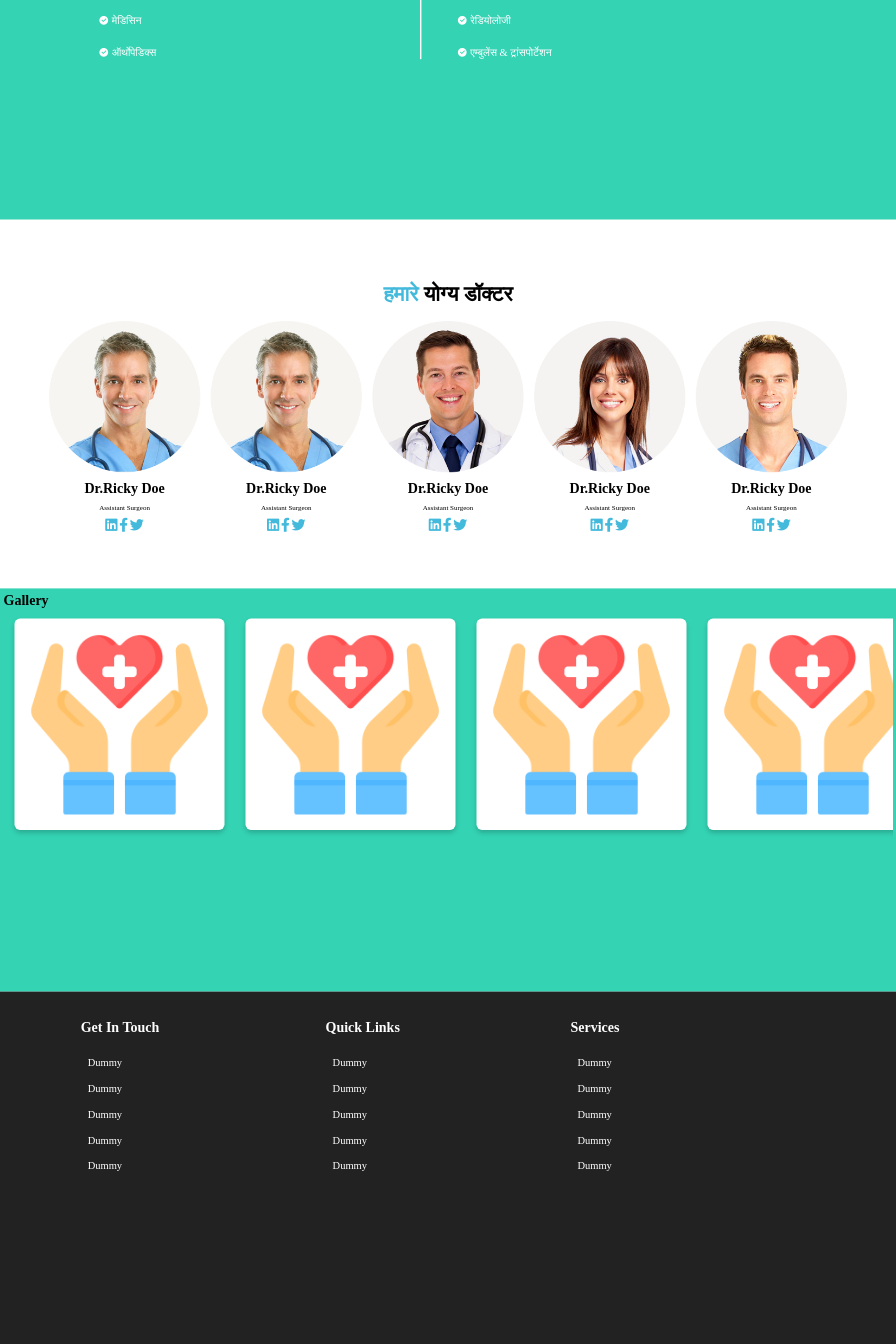
Repository: Aayush919/test
Page: index.html
An editor plug-in stored every save of this project. The page is shown before and after the next save, followed by the edit.
The browser window is 1280 px wide. The pictures show the part of the page from y = 2682 to 4602 px (the page is 4602 px tall before and 4098 px after), at 70% of full size.
Some web libraries are served in a nearby version.

Above is the page before, as saved 2023-10-15 13:03:18.
Console error: TypeError: Cannot read properties of null (reading 'addEventListener')

### index.html
<!DOCTYPE html>
<html lang="en">
<head>
    <meta charset="UTF-8">
    <meta http-equiv="X-UA-Compatible" content="IE=edge">
    <meta name="viewport" content="width=device-width, initial-scale=1.0">
    <link href="https://cdn.jsdelivr.net/npm/remixicon@3.5.0/fonts/remixicon.css" rel="stylesheet">
    <link rel="stylesheet" href="fontawesome-free-5.15.3-web/css/all.min.css">
    <link rel="stylesheet" href="style.css">
</head>
<body>
    <header class="header">
        <a href="#" id="logo"><span>माँ </span> हॉस्पिटल <span id="guna">गुना</span></a>

        <nav class="navbar">
        <a href="#">होम</a>
        <a href="#">अबाउट</a>
        <a href="#">गैलरी</a>
        <a href="#">ब्लॉग</a>
        <a href="#">संपर्क</a>

        </nav>

    <div class="icons">
        <i class="ri-linkedin-fill"></i>
        <i class="ri-whatsapp-fill"> </i>

    </div>

<a href="#" id="menu_bars" class="fas fa-bars"></a>
    </header>

   <div class="container">
       <div class="main-text">
           <h2> हमारे पास आपके लिए सर्वोत्तम चिकित्सा योजना विकल्प हैं !</h2>
           <button>संपर्क</button>
       </div>
   </div>
<!-- services we provide -->
<div class="service-section">
    <h2 id="ourservices">हमारी सर्विसेज</h2>
    <div class="inner-service-section">
        <div class="service-box">
            <img src="./images/opd.png" alt="">
        <h2 >मल्टी-स्पेशिलिटी OPD सर्विसेज</h2>
        <p><span>"माँ हॉस्पिटल गुना</span>, आपके लिए मल्टी-स्पेशियलिस्ट आउटपेशेंट डिपार्टमेंट (OPD) सेवा प्रदान करता है, जहाँ रोगियों को विभिन्न चिकित्सा क्षेत्रों के विशेषज्ञों का साथ एक ही छत के नीचे प्राप्त होता है।"</p>
        </div>
        <div class="service-box">
             <img src="./images/em.png" alt="">
        <h2>24*7 इमरजेंसी सर्विसेज</h2>

        <p>
            <span>"माँ हॉस्पिटल गुना</span>, 24*7 ( इमरजेंसी सर्विसेज ) आपातकालीन सेवाएँ प्रदान करते हैं, यानि हमेशा आपके स्वास्थ्य की देखभाल के लिए तैयार खड़े हैं, चाहे रात या दिन
            के किस भी समय हो।"
     </p>
        </div>
        <div class="service-box">
            <img src="./images/icu.png" alt="">
        <h2>ICU/क्रिटिकल केयर</h2>
        <p><span>"माँ हॉस्पिटल गुना</span>, में ICU और गंभीर देखभाल विभाग उन रोगियों के लिए है जो जीवन संकट की स्थिति में हैं। हम उनके लिए उनकी स्वास्थ्य स्थिति की सख्त निगरानी और उच्च गुणवत्ता वाला उपचार प्रदान करने के लिए समर्पित हैं।"
        </p>
        </div>

        <div class="service-box">
            <img src="./images/nicu.png" alt="">
        <h2>NICU/निओनेटल ईंटेंसीव केयर यूनिट</h2>
        <p><span>"माँ हॉस्पिटल गुना</span>,में NICU एक अलग शिशु चिकित्सा इकाई है, जिसमें अलग से जन्म वाले और बाहर से आए शिशुओं के लिए विशेष सेवाएँ उपलब्ध हैं। हम शिशुओं की स्वास्थ्य स्थिति की देखभाल करने और उनके जीवन को बचाने के लिए सशक्त प्रतिबद्ध हैं।"</p>
        </div>
    </div>


    <div class="inner-service-section">
        <div class="service-box">
            <img src="./images/pharmacy.png" alt="">
        <h2>24*7 फार्मेसी </h2>
        <p>"हम 24*7 फार्मेसी सेवा प्रदान करते हैं, ताकि आपको दवाओं और आवश्यक स्वास्थ्य सामग्री की आवश्यकता होने पर भी दिन रात किसी भी समय मिल सके।"
        </p>
        </div>
        <div class="service-box">
          <img src="./images/pathology.png" alt="">
        <h2>पैथोलॉजी</h2>
        <p>"हमारा पैथोलॉजी लैब उच्च गुणवत्ता वाली पथोलॉजी सेवाएँ प्रदान करता है और रोगीयों के निदान और चिकित्सा की सही दिशा में मदद करता है।"</p>
        </div>
        <div class="service-box">
          <img src="./images/ambulance.png" alt="">
        <h2>24*7 एम्बुलेंस</h2>
        <p>"हम एम्बुलेंस सेवा और यातायात की सुविधा प्रदान करते हैं, ताकि आपके स्वास्थ्य आवश्यकता के समय हमारे द्वारा आपको त्वरित और सुरक्षित रूप से पहुंचाया जा सके।"</p>
        </div>

        <div class="service-box">
       <img src="/images/cardiac.png" alt="">
        <h2>कार्डियक केयर</h2>
        <p>"हमारा कार्डियक केयर विभाग हृदय रोगों के निदान, उपचार, और देखभाल में विशेषज्ञता और उच्च गुणवत्ता की गारंटी है। हम रोगियों के स्वास्थ्य की निगरानी रखते हैं और उन्हें स्वस्थ जीवनशैली के लिए मार्गदर्शन प्रदान करते हैं। हम एक सुरक्षित और आदर्श दौरा प्रदान करके हृदय स्वास्थ्य की देखभाल करते हैं।"</p>
        </div>
    </div>
</div>





<div class="work-section">
    <div class="inner-work-section">
        <h2><span>माँ हॉस्पिटल</span>, द्वारा चलाये जाने वाले केम्प की अपडेटेड जानकारी यहा उपलब्ध है।
        </h2>
        <img src="./images/gallery 1.png" alt="">
        </div>
</div>


<!-- our depart-->
<div class="depart">
    <h1>माँ हॉस्पिटल डिपार्टमेंट्स/Departments</h1>
    <div id="keyservice">
        <div id="bx1">
            <h3><span><i class="ri-checkbox-circle-fill"></i></span><a href="#pg1">पीडियाट्रिक्स</a></h3>
            <h3><span><i class="ri-checkbox-circle-fill"></i></span><a href="#pg2">ICU/क्रिटिकल केयर</a></h3>
            <h3><span><i class="ri-checkbox-circle-fill"></i></span><a href="#pg4">NICU/निओनेटल ईंटेंसीव केयर यूनिट</a></h3>
            <h3><span><i class="ri-checkbox-circle-fill"></i></span><a href="#pg5">ट्रामा केयर </a></h3>
            <h3><span><i class="ri-checkbox-circle-fill"></i></span><a href="#pg6">कार्डियक केयर</a></h3>
            <h3><span><i class="ri-checkbox-circle-fill"></i></span><a href="#pg9">मेडिसिन</a></h3>
            <h3><span><i class="ri-checkbox-circle-fill"></i></span><a href="#pg3">ऑर्थोपेडिक्स</a></h3>

        </div>
        <div id="bx2">
            <h3><span><i class="ri-checkbox-circle-fill"></i></span><a href="#pg8">पैथोलॉजी
            </a></h3>
            <h3><span><i class="ri-checkbox-circle-fill"></i></span><a href="#pg7">फार्मेसी</a></h3>
            <h3><span><i class="ri-checkbox-circle-fill"></i></span><a href="#pg10">सोनोग्राफी</a></h3>
            <h3><span><i class="ri-checkbox-circle-fill"></i></span><a href="#pg11">डायटीशियन</a></h3>
            <h3><span><i class="ri-checkbox-circle-fill"></i></span><a href="#pg12">फिजियोथेरेपी
            </a></h3>
            <h3><span><i class="ri-checkbox-circle-fill"></i></span><a href="#pg13">रेडियोलोजी</a></h3>
            <h3><span><i class="ri-checkbox-circle-fill"></i></span><a href="#pg14">एम्बुलेंस &  ट्रांसपोर्टेशन </a></h3>

        </div>
    </div>
</div>
<!-- our depart ended -->

<!-- our docotor seaction -->
<div class="ourteam-section">
    <h2><span>हमारे </span>योग्य डॉक्टर</h2>
    <div class="ourteam-inner">
        <div class="section-box">
            <img src="images/ourteam1.png" alt="">
            <h3>Dr.Ricky Doe</h3>
            <p>assistant surgeon</p>
            <div class="team-social-links">
                <i class="fab fa-linkedin"></i>
                <i class="fab fa-facebook-f"></i>
                <i class="fab fa-twitter"></i>
            </div>
        </div>
        <div class="section-box">
            <img src="images/ourteam1.png" alt="">
            <h3>Dr.Ricky Doe</h3>
            <p>assistant surgeon</p>
            <div class="team-social-links">
                <i class="fab fa-linkedin"></i>
                <i class="fab fa-facebook-f"></i>
                <i class="fab fa-twitter"></i>
            </div>
        </div>
        <div class="section-box">
            <img src="images/ourteam2.png" alt="">
            <h3>Dr.Ricky Doe</h3>
            <p>assistant surgeon</p>
            <div class="team-social-links">
                <i class="fab fa-linkedin"></i>
                <i class="fab fa-facebook-f"></i>
                <i class="fab fa-twitter"></i>
            </div>
        </div>
        <div class="section-box">
            <img src="images/ourteam3.png" alt="">
            <h3>Dr.Ricky Doe</h3>
            <p>assistant surgeon</p>
            <div class="team-social-links">
                <i class="fab fa-linkedin"></i>
                <i class="fab fa-facebook-f"></i>
                <i class="fab fa-twitter"></i>
            </div>
        </div>
        <div class="section-box">
            <img src="images/ourteam4.png" alt="">
            <h3>Dr.Ricky Doe</h3>
            <p>assistant surgeon</p>
            <div class="team-social-links">
                <i class="fab fa-linkedin"></i>
                <i class="fab fa-facebook-f"></i>
                <i class="fab fa-twitter"></i>
            </div>
        </div>

    </div>

</div>
<!-- our doctor seaction end -->

<!-- gallery sections  -->
<div class="gallery">
    <h1>gallery</h1>
    <section class="section-container">
        <div class="product-list-container">
          <div class="product-list" id="productList">
            <!-- Product 1 -->
            <div class="product-card">
              <img src="./images/cardiac.png" alt="">
            </div>
            <div class="product-card">
                <img src="./images/cardiac.png" alt="">
              </div>
              <div class="product-card">
                <img src="./images/cardiac.png" alt="">
              </div>
              <div class="product-card">
                <img src="./images/cardiac.png" alt="">
              </div>
              <div class="product-card">
                <img src="./images/cardiac.png" alt="">
              </div>
              <div class="product-card">
                <img src="./images/cardiac.png" alt="">
              </div>
              <div class="product-card">
                <img src="./images/cardiac.png" alt="">
              </div>
              <div class="product-card">
                <img src="./images/cardiac.png" alt="">
              </div>



          </div>
        </div>



    </div>
    </div>
      </section>
</div>
  <!-- gallery section end-->
<!-- creating footer -->

<div class="main-footer">
    <div class="inner-footer">
        <h2>get in touch</h2>
        <a href="#">dummy</a>
        <a href="#">dummy</a>
        <a href="#">dummy</a>
        <a href="#">dummy</a>
        <a href="#">dummy</a>
    </div>

    <div class="inner-footer">
        <h2>quick links</h2>
        <a href="#">dummy</a>
        <a href="#">dummy</a>
        <a href="#">dummy</a>
        <a href="#">dummy</a>
        <a href="#">dummy</a>
    </div>

    <div class="inner-footer">
        <h2>services</h2>
        <a href="#">dummy</a>
        <a href="#">dummy</a>
        <a href="#">dummy</a>
        <a href="#">dummy</a>
        <a href="#">dummy</a>
    </div>
</div>

<script src="https://cdnjs.cloudflare.com/ajax/libs/gsap/3.12.1/gsap.min.js"integrity="sha512-qF6akR/fsZAB4Co1QDDnUXWnaQseLGXoniuSuSlPQK6+aWhlMZcHzkasCSlnWoe+TJuudlka1/IQ01Dnhgq95g=="crossorigin="anonymous" referrerpolicy="no-referrer"></script>
<script src="https://cdnjs.cloudflare.com/ajax/libs/gsap/3.12.2/ScrollTrigger.min.js"integrity="sha512-Ic9xkERjyZ1xgJ5svx3y0u3xrvfT/uPkV99LBwe68xjy/mGtO+4eURHZBW2xW4SZbFrF1Tf090XqB+EVgXnVjw=="crossorigin="anonymous" referrerpolicy="no-referrer"></script>
    <script src="script.js"></script>
</body>
</html>




<!-- <div class="gel">

    <div class="galleryheading">
        <h2>हमारी <span> गैलरी</span></h2>
    </div>
    <div class="gallery">
        <img src="./images/gallery 1.png" alt="">
        <img src="./images/gallery 1.png"  alt="">
        <img src="./images/gallery3.png" alt="">
        <img src="./images/gallery 4.png" alt="">
        <img src="./images/gallery5.png" alt="">
        <img src="./images/gallery6.png" alt="">
        <img src="/images/gallery6.png" alt="">
        <img src="/images/gallery6.png" alt="">
        <img src="/images/gallery6.png" alt="">
    </div>

</div> -->

### style.css
@import url('https://fonts.googleapis.com/css2?family=Roboto:wght@100;300;400;500;700&display=swap');
:root{
    --fontcolor:#43b9dc;
    --backgroundcolor:#34d3b4;
}
*{
    margin: 0;
    padding: 0;
    font-family:gilroy;
    box-sizing: border-box;
    transition: all .2s linear;
    text-transform: capitalize;
    text-decoration: none;
}
html{
    font-size: 62.5%;
    overflow-x: hidden;
    scroll-behavior: smooth;
}
header{
    position: fixed;
    top: 0;
    left: 0;
    right: 0;
    padding: 2rem 7%;
    display: flex;
    justify-content: space-between;
    align-items: center;
    background:white;
    box-shadow: 0 1rem 1rem rgb(0, 0, 0, .1);
    z-index: 10000000;
}
#guna{
    font-size: 15px;

}
header #logo{
    font-size: 3rem;
    color: black;
}
header #logo span{
    color: var(--fontcolor);
}
header .navbar a{
    font-weight: 600;

    font-size: 1.8rem;
    color: var(--fontcolor);
    margin-left: 1.5rem;
}
.icons i{
font-size: 2rem;
color: var(--fontcolor);
margin-left: 1rem;
}
header #menu_bars{
    font-size: 2rem;
    color: var(--fontcolor);
    display: none;
}
header .navbar.active{
    left: 0;
    transition: .5s;
}
.main-image{

    background-repeat: no-repeat;
    background-size: cover;
    background-position: center;
    width: 100%;
    margin-top: 75px;
    height: 100vh;
}
.container{
    background: url("./images/headerimage.jpg");
    width: 100%;
    padding-top: 8.5rem;
    background-position: center;
    background-size: cover;
    background-repeat: no-repeat;
    height: 100vh;
}
.container .main-text{
    width: 50%;
    position: absolute;
    top: 200px;
    padding: 0 2rem;
    text-align: center;
}
.container .main-text h2{
    font-size: 40px;
    color: #fff;
    padding-bottom: 1.5rem;
}
.container .main-text button{
    padding: 1.5rem 3.5rem;
    background: #3FC1D1;
    color: white;
    border: none;
    border-radius:1px;

    font-weight: 700;
}
.service-section{
    padding: 2rem 7%;
    background: linear-gradient(#43b9dc, #34d3b4);
    min-height: 50vh;
}
#ourservices{
    color: #111;
    font-size: 30px;
    padding: 2rem 0;
    text-align: center;
}
.inner-service-section{
    display: flex;
    flex-wrap: wrap;
    gap: 15px;
    justify-content: center;
    text-align: center;
}
.service-box{
    flex: 1 1 200px;
    padding: 5rem 0;
    box-shadow: 0 1rem 1rem rgba(0, 0, 0, .1);
}
.service-box img{
    color: white;
     height: 10rem;
    padding: .5rem 0;
}

.service-box h2{
    color: #fff;
    font-size: 1.8rem;
    padding: 1rem 0;
}
.service-box p{
    color: white;
    font-size: 1.5rem;
    padding: 0 1rem;
}
.work-section{
    padding: 4rem 7%;
    display: grid;
    grid-template-columns: 2fr 1fr;
    justify-content: center;

}
.inner-work-section img{
    width:  110rem;
    border: 2px solid #34d3b4;
    margin-top: 10px;
}
.inner-work-section h2{
    font-size: 2rem;
    padding: .5rem 0;

}
.inner-work-section h2 span{
    color:#34d3b4;

}
.scnclass{
    padding: 0 1rem;
}
.myimages{
    display: grid;
    grid-template-columns: 1fr 1fr;
    padding-top: 1rem;
}
.btn{
    padding: 1rem 3rem;
    background: var(--backgroundcolor);
    border-radius: 15px;
   display: inline-block;
   color: white;
   font-size: 18px;
   margin-top: 5px;
}
.creative-text{
    padding: 2rem 0;
}
.depart{
    background: var(--backgroundcolor);
    min-height: 85vh;
    padding: 2rem 9%;
}
.depart h1{
    color:#111;
    display: flex;
    align-self: center;
    justify-content: center;
    font-size: 2rem;
}

/* .galleryheading{ */
    /* color: #111;
    padding: 2rem 0;
    text-align: center;
    font-size: 20px;
}
.galleryheading span{
    color: var(--fontcolor);
}
.main-gallery .gallery-box{
    flex: 1 1 300px;
}
.main-gallery{
    display: flex;
    flex-wrap: wrap;
    gap: 15px;
}
.gallery-box img{
    width: 100%;
} */
.ourteam-section{
    padding: 7rem;
}
.ourteam-section h2{
    padding: 2rem;
    font-size: 3rem;
    text-align: center;
}
.ourteam-section h2 span{
    color: var(--fontcolor);
}
.ourteam-inner{
    display: flex;
    /* flex-wrap: wrap; */
    text-align: center;
    gap: 15px;
}
.ourteam-inner .section-box{
    flex: 1 1 250px;
}
.ourteam-inner .section-box img{
    width: 100%;
}
.section-box h3{
    padding: 1rem 0;
    font-size: 2rem;
}
.team-social-links i{
    color: var(--fontcolor);
    font-size: 2rem;
    padding:1rem 0;
}
.main-footer{
    display: flex;
    flex-wrap: wrap;
    justify-content: space-between;
    background: #222;
    padding: 2rem 9%;
    height: 70vh;
}
.inner-footer{
    flex: 1 1 200px;
}
.inner-footer h2{
    color: white;
    font-size: 2rem;
    padding: 2rem 0;
}
.inner-footer a{
    display: block;

    color: white;
    font-size: 1.5rem;
    padding: 1rem;
}












@media (max-width:768px) {
    html{
        font-size: 50%;
    }
    header #menu_bars{
        display: initial;
    }

    header .navbar{
        position: absolute;
        top: 100%;
        left: 100%;
        right: 0;
        background: var(--backgroundcolor);
        height: 100vh;
        text-align: center;

    }
    header .navbar a{
        display: block;

        background: white;
        margin-top: 1rem;
        padding: 2rem;
        width: 90%;
        border-radius: 10px;
    }
    .container .main-text{
        width: 70%;
        padding: 0 ;
    }
   .work-section{
       display: grid;
       grid-template-columns: 1fr;

   }
   .myimages img{
       width: 100%;
   }
   .btn{
       display: block;
   }
   .inner-work-section h2{
    font-size:1.2rem;
   display: flex;
   flex-wrap: wrap;
   align-self:center;
   justify-content: center;
}

.depart{
    background: var(--backgroundcolor);
    min-height:65vh;
    padding: 2rem 9%;
}

.depart h1{
    color:#111;
    display: flex;
    align-self: center;
    justify-content: center;
    font-size: 1.9rem;
}
.ourteam-inner{
    display: flex;
    flex-wrap: wrap;
    text-align: center;
    gap: 15px;
}
.ourteam-section h2{
    padding: 2rem;
    font-size: 2.7rem;
    text-align: center;
}
}

/*
.gallery{
    display: grid;
    grid-template-columns: repeat(3, 1fr);
    gap: 1vh;
    margin-inline: auto;
    max-width: 70rem;

    background: #141414;
    background: var(--backgroundcolor);
    padding: 1vh;
}

 .gallery > img{
    width: 100%;
    aspect-ratio: 1 / 1;
    object-fit: cover;
    transition: all 0.3s ease;
    border-radius:2px;

}

.gallery:has(img:hover) img:not(:hover) {
    scale: 0.8;
    opacity: 0.5;
    filter: grayscale(70%);
}
 */


#keyservice {
    padding-top: 4vw;
    padding-left: 2vw;
    font-family: g-r;
    /* background-color: crimson; */
    height: 55vh;
    display: flex;
    justify-content: space-between;
}

#keyservice h3 {
    color: #ffffff;
    display: flex;
    cursor: pointer;
    font-family: g-r;
    font-weight: 300;
    font-size: 1.5rem;

     line-height: 2rem;

}

#keyservice h3:hover {
    color: yellow;
    font-weight: 500;
}

#keyservice h3 span {
    color: #ffffff;
    margin-right: 4px;
}

#keyservice h3 a {
    text-decoration: none;
    color: #fff;
}

#keyservice h3 a:hover {
    color: yellow;
}

#bx1 {
    /* background-color: #77b9d7; */
    height: 40vh;
    display: flex;
    flex-direction: column;
    justify-content: space-between;
    width: 45%;
    border-right: 2px solid white;
}

#bx2 {
    height: 40vh;
    display: flex;
    flex-direction: column;
    justify-content: space-between;
    /* height: 25.5vh; */
    width: 50%;
    /* background-color: #9477d7; */
}

section-container {
    min-height: 100vh;
    /* background: #34d3b4; */
    margin: auto;
    /* padding: 20px; */
    display: flex;
    align-items: center; /* Align the scroll icon vertically */
    /* margin-top: 40px; */
  }

  .product-list-container {
    position: relative;
    overflow-x: auto;
    white-space: nowrap;
    scrollbar-width: thin;
    scrollbar-color: #333 #ccc;
    cursor: pointer;
  }

  .product-list {
    display: flex;
    flex-direction: row;
  }

  .product-card {
    position: relative;
    flex: 0 0 auto;
      width:300px;
    margin: 15px;
    padding: 20px;
    box-shadow: 0 4px 8px rgba(0, 0, 0, 0.2);
    border-radius: 8px;
        background: #fff;
  }


  .product-card img {
    width: 100%;
    height: auto;
  }

  /* Style scrollbar for Chrome, Safari, and Opera */
  .product-list-container::-webkit-scrollbar {
    width: 5px;
    height: 5px;
  }

  .product-list-container::-webkit-scrollbar-thumb {
    background: #333;
  }

  .product-list-container::-webkit-scrollbar-thumb:hover {
    background:#34d3b4;
  }

  .gallery{
    min-height: 80vh;
    background-color:#34d3b4;
    padding: .5rem;

  }


/*
  @media screen and (max-width: 600px) {
    .product-card {
      width: 90%;
      margin: 10px;
    }
  }
   */

### script.js
let menubtn =document.querySelector('#menu_bars');
let mynav =document.querySelector('.navbar');

menubtn.onclick = () =>{
    menubtn.classList.toggle('fa-times');
    mynav.classList.toggle('active');
}


var ts = document.querySelector('#testimonialsSlide');
var psd= document.querySelector('#pointsliderdiv');
let countTS = 0;
let psdCnt =0;
document.querySelector("#buttonsss1").addEventListener('click',function(){


    psdCnt -=14
    if(psdCnt === -14){
        psdEnd()
    }
    psd.style.left= psdCnt + '%';

    countTS += 100;
    if(countTS === 100){
        TreachStart();
    }
    ts.style.left = countTS + 'vw';
})

document.querySelector("#buttonsss2").addEventListener('click',function(){


    psdCnt +=14
    if(psdCnt === 98){
        psdStart()
    }
    psd.style.left = psdCnt + '%';


    countTS -= 100;
    if(countTS === -700){
        TreachEnd();
    }
    ts.style.left = countTS + 'vw';
})

function psdEnd(){
    psdCnt = 84;
}
function psdStart(){
    psdCnt = 0;
}

function TreachEnd(){
    countTS = 0;
}
function TreachStart(){
    countTS = -600;
}

function movingTestimonials(){
    document.querySelector("#buttonsss2").click();
}

setInterval(movingTestimonials,7000);



document.addEventListener("DOMContentLoaded", function() {
    const scrollRight = document.getElementById("scrollRight");
    const productListContainer = document.querySelector(".product-list-container");

    console.log("Initial Scroll Left:", productListContainer.scrollLeft);

    scrollRight.addEventListener("click", function() {
      console.log("Clicked!");
      productListContainer.scrollBy({
        top: 0,
        left: 620,
        behavior: 'smooth'
      });
      console.log("Scroll Left After:", productListContainer.scrollLeft);
    });
  });

Loaded but not shown: fontawesome-free-5.15.3-web/css/all.min.css (library)

After the next save:
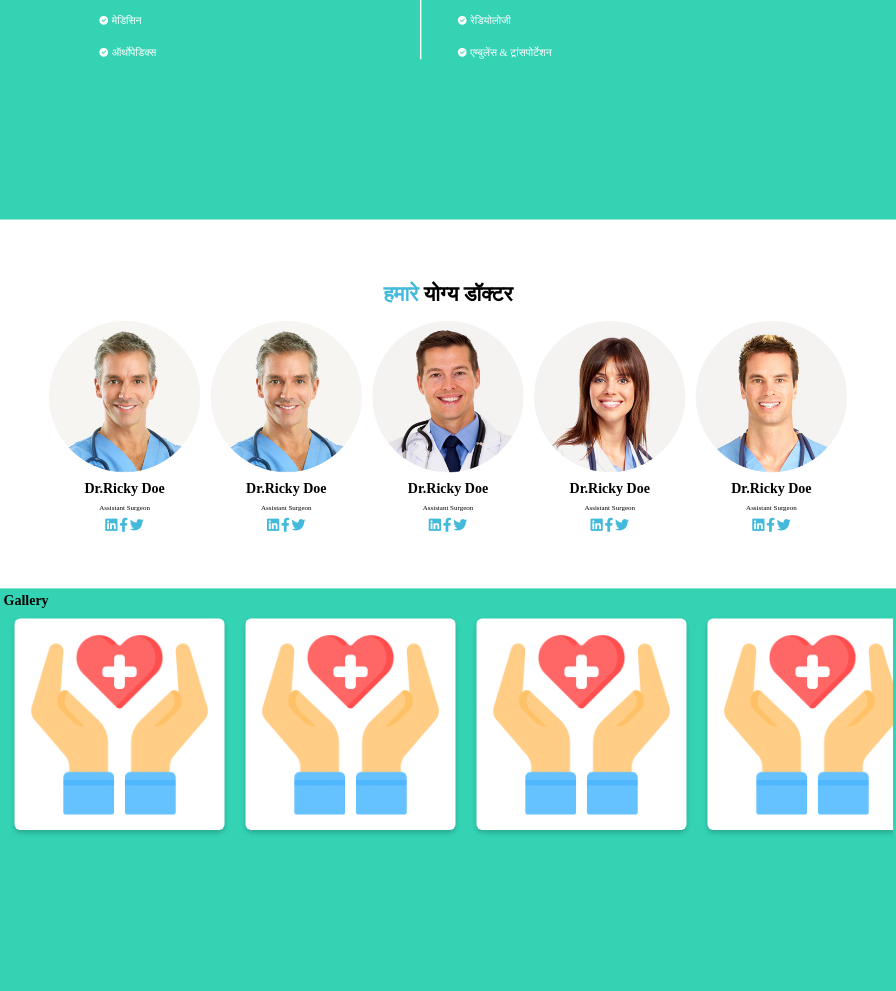
Saved 31 s later.
--- a/index.html
+++ b/index.html
@@ -243,7 +243,7 @@
 </div>
   <!-- gallery section end-->
 <!-- creating footer -->
-
+<!--
 <div class="main-footer">
     <div class="inner-footer">
         <h2>get in touch</h2>
@@ -271,7 +271,7 @@
         <a href="#">dummy</a>
         <a href="#">dummy</a>
     </div>
-</div>
+</div> -->
 
 <script src="https://cdnjs.cloudflare.com/ajax/libs/gsap/3.12.1/gsap.min.js"integrity="sha512-qF6akR/fsZAB4Co1QDDnUXWnaQseLGXoniuSuSlPQK6+aWhlMZcHzkasCSlnWoe+TJuudlka1/IQ01Dnhgq95g=="crossorigin="anonymous" referrerpolicy="no-referrer"></script>
 <script src="https://cdnjs.cloudflare.com/ajax/libs/gsap/3.12.2/ScrollTrigger.min.js"integrity="sha512-Ic9xkERjyZ1xgJ5svx3y0u3xrvfT/uPkV99LBwe68xjy/mGtO+4eURHZBW2xW4SZbFrF1Tf090XqB+EVgXnVjw=="crossorigin="anonymous" referrerpolicy="no-referrer"></script>
